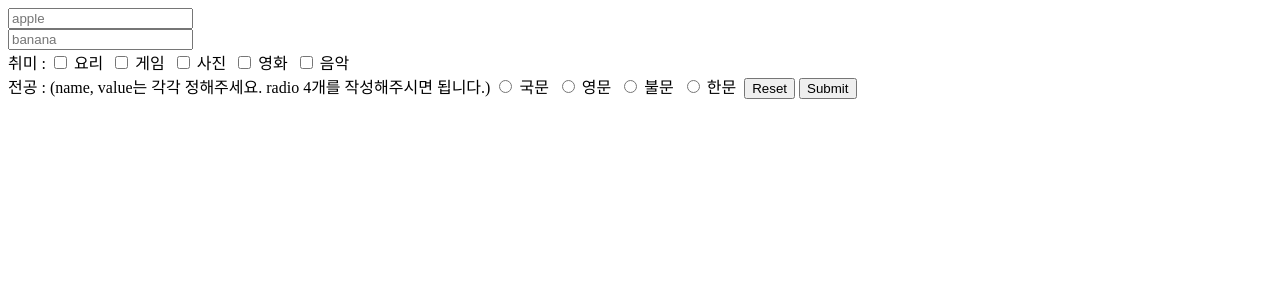
Repository: mickey530/jsp_practice
Page: http://localhost/JSPBasic/JspObject/1.requests/req_param_send.jsp
An editor plug-in stored every save of this project. The page is shown before and after the next save, followed by the edit.
The browser window is 1280 px wide. The pictures show the whole page.
The page is served by Tomcat 9.

Above is the page before, as saved 2022-02-03 06:36:10.

### JSPBasic/src/main/webapp/JspObject/1.requests/req_param_send.jsp
<%@ page language="java" contentType="text/html; charset=UTF-8"
    pageEncoding="UTF-8"%>
<!DOCTYPE html>
<html>
<head>
<meta charset="UTF-8">
<title>Insert title here</title>
</head>
<body>
<%-- 아래에 form을 만들고 내부에 input 4개를 만들어주세요.
input 태그의 type속성은 하나는 text, 하나는 password
name 속성은 하나는 apple, 하나는 banana로 해 주세요.
reset버튼과 submit버튼도 각각 하나씩 만들어주세요.

form의 action이 바로 목적지를 적는 부분임.
웹개발에서는 받을 페이지 화면의 주소를 적어줍니다. --%>

<form action="req_param_getpost.jsp" method="get">
	<input type="text" name="apple" placeholder="apple" /><br/>
	<input type="password" name="banana" placeholder="banana" /><br/>

	취미 :
	<input type="checkbox" name="hobby" value="요리"> 요리&nbsp;
	<input type="checkbox" name="hobby" value="게임"> 게임&nbsp;
	<input type="checkbox" name="hobby" value="사진"> 사진&nbsp;
	<input type="checkbox" name="hobby" value="영화"> 영화&nbsp;
	<input type="checkbox" name="hobby" value="음악"> 음악&nbsp;
	<br/>

	전공 : (name, value는 각각 정해주세요. radio 4개를 작성해주시면 됩니다.)
	<input type="radio" name="major"> 국문&nbsp;
	<input type="radio" name="major"> 영문&nbsp;
	<input type="radio" name="major"> 불문&nbsp;
	<input type="radio" name="major"> 한문&nbsp;


	<input type="reset" />
	<input type="submit" />
</form>
</body>
</html>

After the next save:
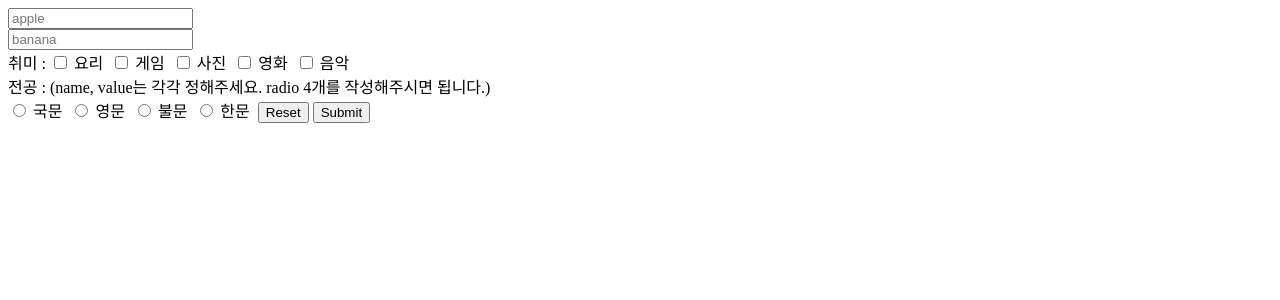
Saved 8 s later.
--- a/JSPBasic/src/main/webapp/JspObject/1.requests/req_param_send.jsp
+++ b/JSPBasic/src/main/webapp/JspObject/1.requests/req_param_send.jsp
@@ -27,7 +27,7 @@ form의 action이 바로 목적지를 적는 부분임.
 	<input type="checkbox" name="hobby" value="음악"> 음악&nbsp;
 	<br/>
 
-	전공 : (name, value는 각각 정해주세요. radio 4개를 작성해주시면 됩니다.)
+	전공 : (name, value는 각각 정해주세요. radio 4개를 작성해주시면 됩니다.) <br/>
 	<input type="radio" name="major"> 국문&nbsp;
 	<input type="radio" name="major"> 영문&nbsp;
 	<input type="radio" name="major"> 불문&nbsp;
